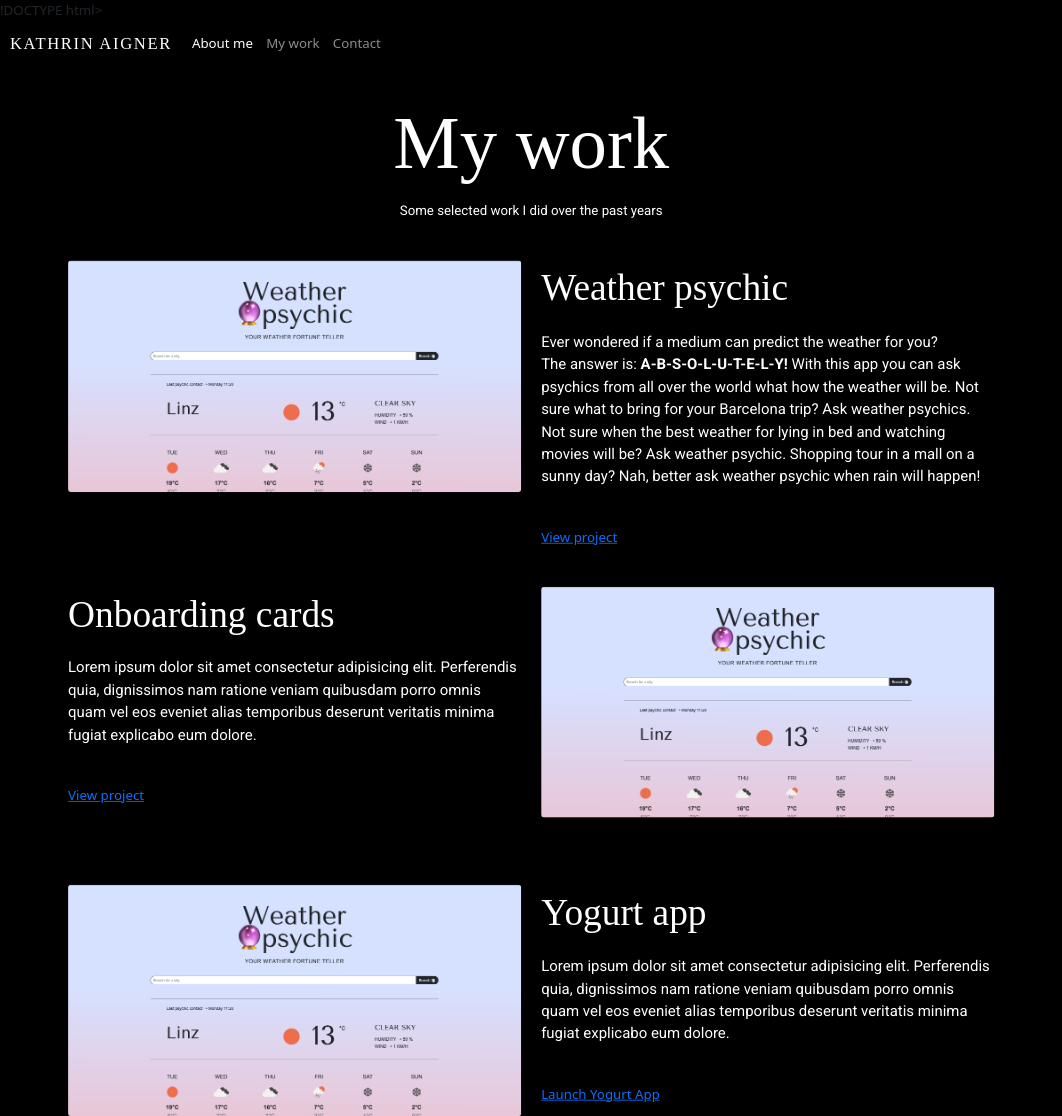
Repository: kathrin-aigner/Portfolio-2022
Page: work.html
The author's editor kept a copy of each file at every save. The page is drawn from the files as they stood at one save, then again after the next save.
The browser window is 1280 px wide. The pictures show the whole page, at 83% of full size.
Some web fonts or font styles are not loaded; a fallback is used. Some web libraries are served in a nearby version.

Above is the page before, as saved 2022-03-28 12:58:58.

After the next save:
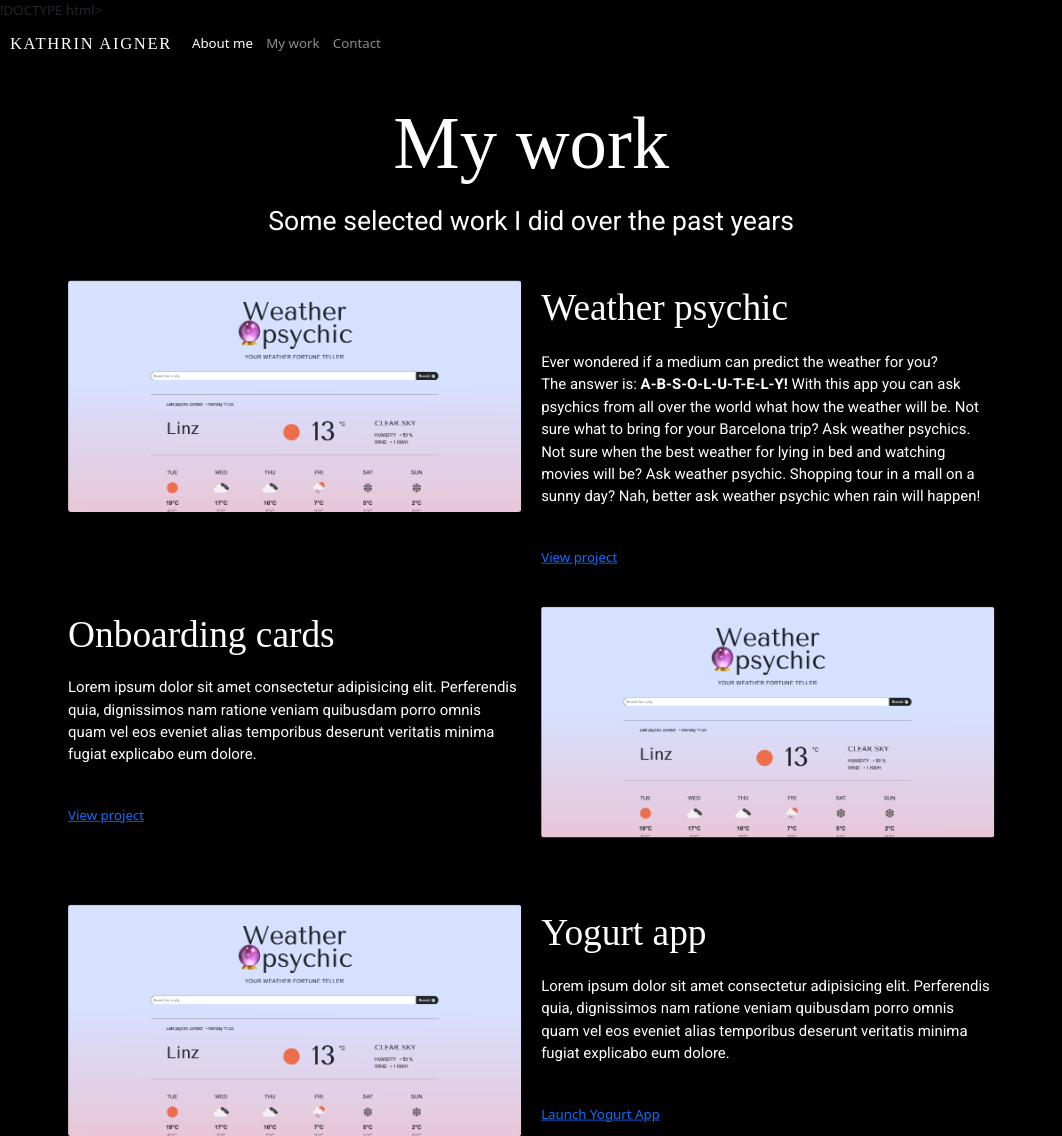
Saved 6 s later.
--- a/work.html
+++ b/work.html
@@ -73,7 +73,7 @@
       <div class="header-page text-center mt-5 mb-4">
         My work
       </div>
-      <div class="introduction text-center mb-5">
+      <div class="subheader text-center mb-5">
         Some selected work I did over the past years
       </div>
     </div>

After the save that followed:
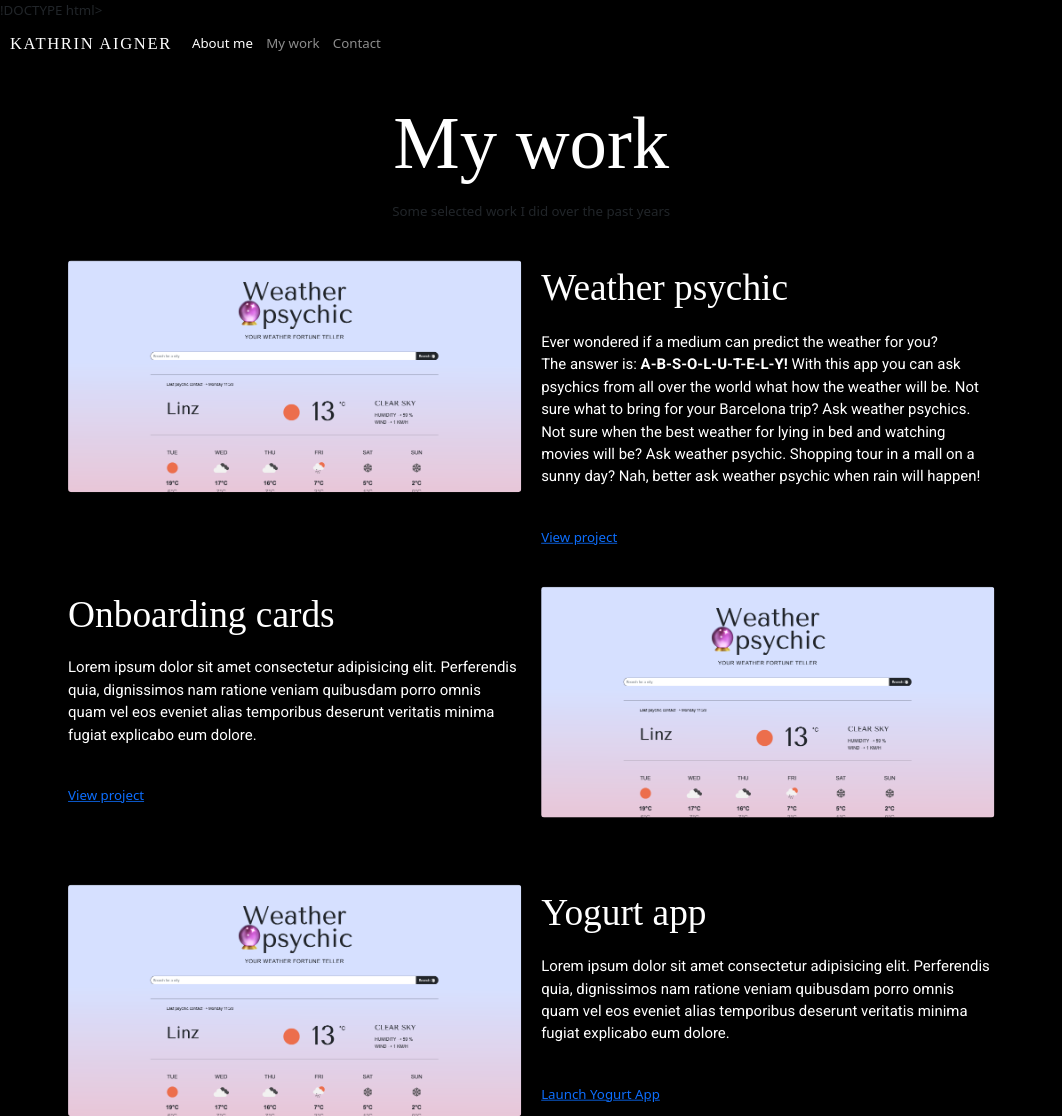
Saved 32 s later.
--- a/work.html
+++ b/work.html
@@ -73,7 +73,7 @@
       <div class="header-page text-center mt-5 mb-4">
         My work
       </div>
-      <div class="subheader text-center mb-5">
+      <div class="introdution text-center mb-5">
         Some selected work I did over the past years
       </div>
     </div>
